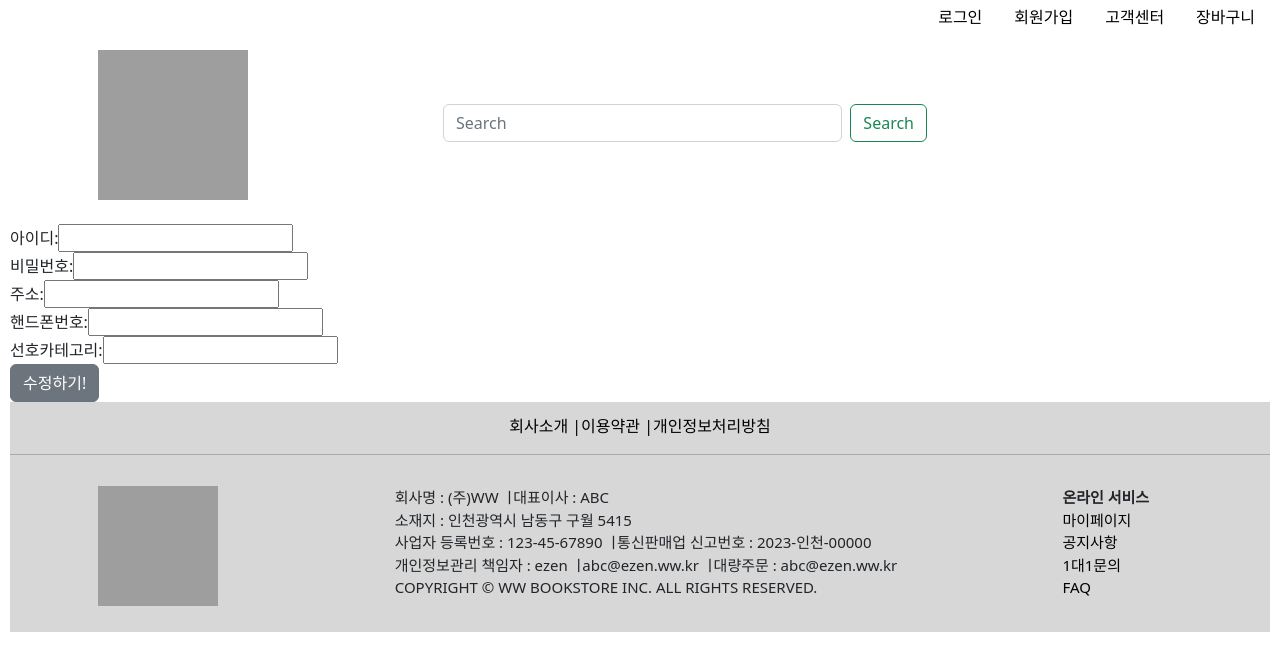
Repository: leehyeonung/project4
Page: http://localhost/book/WEB-INF/views/member/modify.jsp
An editor plug-in stored every save of this project. The page is shown before and after the next save, followed by the edit.
The browser window is 1280 px wide. The pictures show the whole page.
Pictures or frames that could not be fetched are drawn as grey boxes. The page is served by Tomcat 9. Nobody is signed in. The template is opened directly, without the code that normally fills it, so the values that code supplies are empty.

Above is the page before, as saved 2023-01-06 08:12:54.

After the next save:
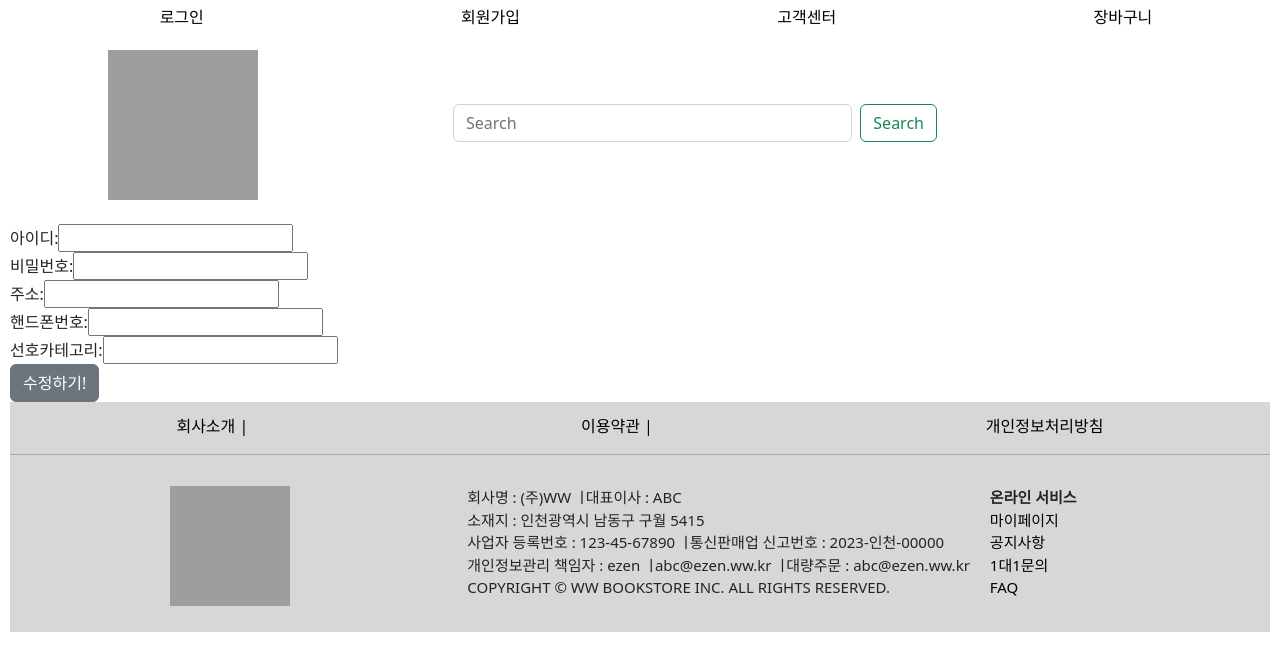
Saved 2 min 38 s later.
--- a/book/src/main/webapp/resources/css/header.css
+++ b/book/src/main/webapp/resources/css/header.css
@@ -1,6 +1,6 @@
 @charset "UTF-8";
 *{
-	margin: 0px;
+	margin: 0px auto;
 	padding: 0px;
 }
 .header{

After the save that followed:
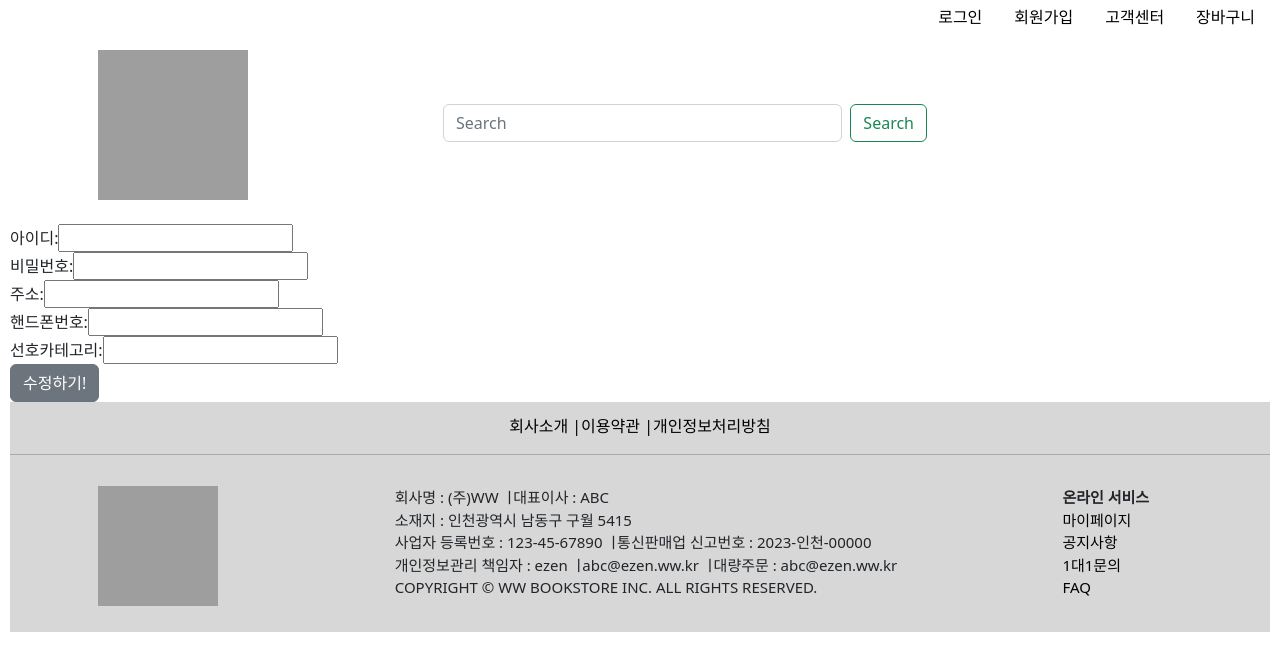
Saved 81 s later.
--- a/book/src/main/webapp/resources/css/header.css
+++ b/book/src/main/webapp/resources/css/header.css
@@ -1,6 +1,6 @@
 @charset "UTF-8";
 *{
-	margin: 0px auto;
+	margin: 0px;
 	padding: 0px;
 }
 .header{
